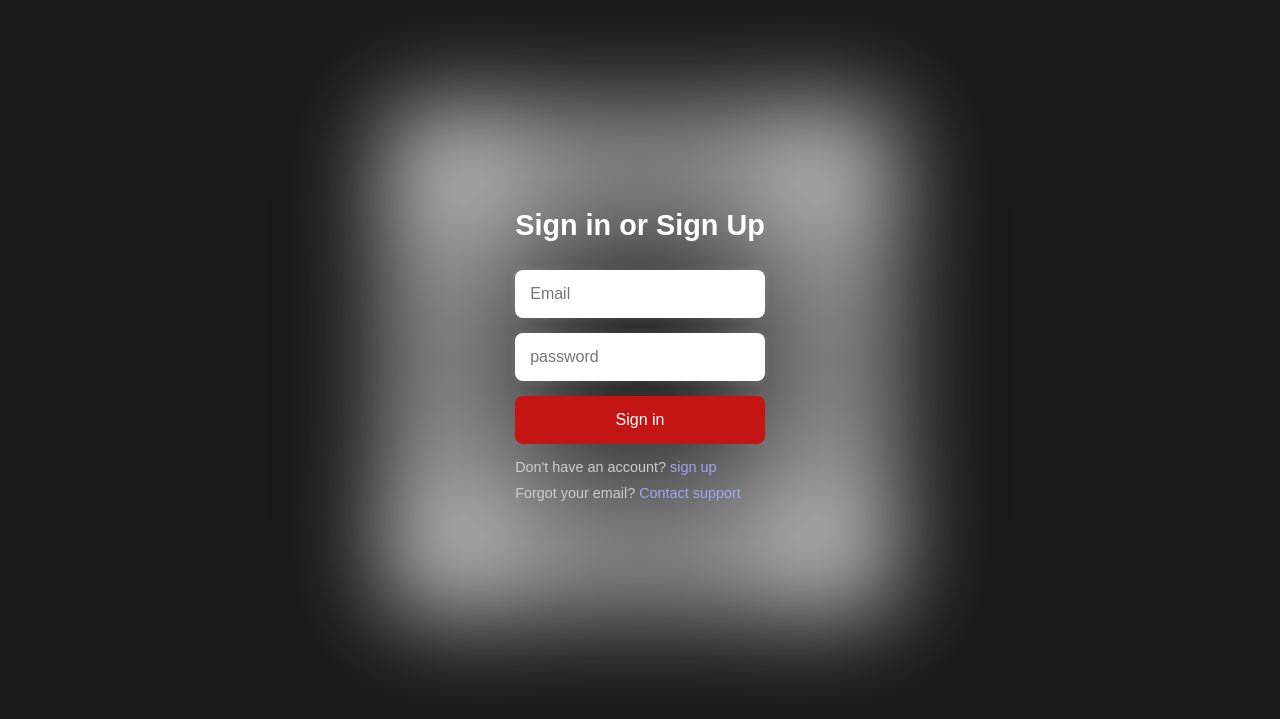
Repository: cmd-keyu/mobileppsh
Page: pages/login.html
The author's editor kept a copy of each file at every save. The page is drawn from the files as they stood at one save, then again after the next save.
The browser window is 1280 px wide. The pictures show the whole page.

Above is the page before, as saved 2024-11-12 00:22:04.

### pages/login.html
<!DOCTYPE html>
<html lang="en">
<head>
  <meta charset="UTF-8">
  <meta name="viewport" content="width=device-width, initial-scale=1.0">
  <title>Sign In Form</title>
  <link rel="stylesheet" href="../css/login.css">
  <script src="../javascript/login.js" defer></script>
</head>
<body>
  <div class="container">
    <div class="glow-box">
      <h2 style="color: white;">Sign in or Sign Up</h2>
      <br>
      <!-- <p>All that is required is only your email for sign-up or sign-in!!</p> -->
      <form action="account.html">
        <div class="sign-up">
            <input type="text" placeholder="name" class="disabled-btn">
            <br>
            <br>
            <input type="text" placeholder="address (Optional)">
            <br>
            </div>
        <input type="email" placeholder="Email" required>
        <input type="password" placeholder="password" required>
        <button type="submit" class="sign-in-btn-hide">Sign in</button>
        <button type="submit" class="sign-up-btn-hide">Sign up</button>
      </form>
      <div class="support">
        <p class="sign-up-text-hide">Don't have an account? <label for="sign-up-btn" class="colorsnup">sign up</label><button class="sign-up-btn hide-btn2" id="sign-up-btn">sign up</button></p>
        <p class="sign-in-text-hide">Already have an account? <label for="sign-in-btn" class="colorsnup">sign in</label><button class="sign-in-btn hide-btn2" id="sign-in-btn">sign in</button></p>
        <p>Forgot your email? <a href="#">Contact support</a></p>
      </div>
    </div>
  </div>
</body>
</html>

### css/login.css
* {
    margin: 0;
    padding: 0;
    box-sizing: border-box;
    font-family: Arial, sans-serif;
  }

  body {
    display: flex;
    justify-content: center;
    align-items: center;
    height: 100vh;
    background-color: #1a1a1a;
  }

  .container {
    display: flex;
    justify-content: center;
    align-items: center;
    height: 100%;
  }

  .glow-box::before {
    content: '';
    position: absolute;
    top: 50%;
    left: 50%;
    width: 500px;
    height: 500px;
    background: radial-gradient(circle, black, white);
    transform: translate(-50%, -50%);
    z-index: -1;
    border-radius: 5%;
    filter: blur(50px);
  }

  h2 {
    font-size: 1.8em;
    margin-bottom: 10px;
  }
  label:hover{

    text-decoration: underline;

  }

  p {
    margin-bottom: 10px;
    font-size: 0.9em;
    color: #ccc;
  }

  form {
    display: flex;
    flex-direction: column;
    gap: 15px;
  }

  input[type="email"] {
    padding: 15px;
    font-size: 1em;
    border: none;
    border-radius: 8px;
    outline: none;
    width: 100%;
    box-shadow: 0 0 8px rgba(255, 255, 255, 0.1);
  }
  input[type="password"] {
    padding: 15px;
    font-size: 1em;
    border: none;
    border-radius: 8px;
    outline: none;
    width: 100%;
    box-shadow: 0 0 8px rgba(255, 255, 255, 0.1);
  }

  input[type="text"] {
    padding: 15px;
    font-size: 1em;
    border: none;
    border-radius: 8px;
    outline: none;
    width: 100%;
    box-shadow: 0 0 8px rgba(255, 255, 255, 0.1);
  }

  button {
    padding: 15px;
    font-size: 1em;
    background-color: rgb(196, 20, 20);
    color: #fff;
    border: none;
    border-radius: 8px;
    cursor: pointer;
    transition: background 0.3s;
  }

  button:hover {
    background-color: #4a3bdb;
  }

  .support {
    margin-top: 15px;
  }

  .support a {
    color: #a1a7f1;
    text-decoration: none;
  }

  .support a:hover {
    text-decoration: underline;
  }

  .sign-up{
    display: none;
  }

  .colorsnup{
    color: #a1a7f1;
  }

  .sign-up-btn-hide{
    display: none;
  }

  .hide-btn2{
    display: none;
  }

  .sign-in-text-hide{
    display: none;
  }

### javascript/login.js

const sign_up = document.querySelector('.sign-up')
const sign_up_btn = document.querySelector('.sign-up-btn')
const sign_in_btn = document.querySelector('.sign-in-btn')
const sign_in_btn_hide = document.querySelector('.sign-in-btn-hide')
const sign_up_btn_hide = document.querySelector('.sign-up-btn-hide')
const sign_in_text_hide = document.querySelector('.sign-in-text-hide')
const sign_up_text_hide = document.querySelector('.sign-up-text-hide')
const disabled_btn = document.querySelector('.disabled-btn')

sign_up_btn.addEventListener("click", () => {

  sign_up.style.display = 'block'
  sign_in_btn_hide.style.display = 'none'
  sign_up_btn_hide.style.display = 'block'
  sign_in_text_hide.style.display = 'block'
  sign_up_text_hide.style.display = 'none'
  disabled_btn.setAttribute('required', true)

})

sign_in_btn.addEventListener("click", () => {

  sign_up.style.display = 'none'
  sign_in_btn_hide.style.display = 'block'
  sign_up_btn_hide.style.display = 'none'
  sign_in_text_hide.style.display = 'none'
  sign_up_text_hide.style.display = 'block'
  disabled_btn.setAttribute('required', false)

})

After the next save:
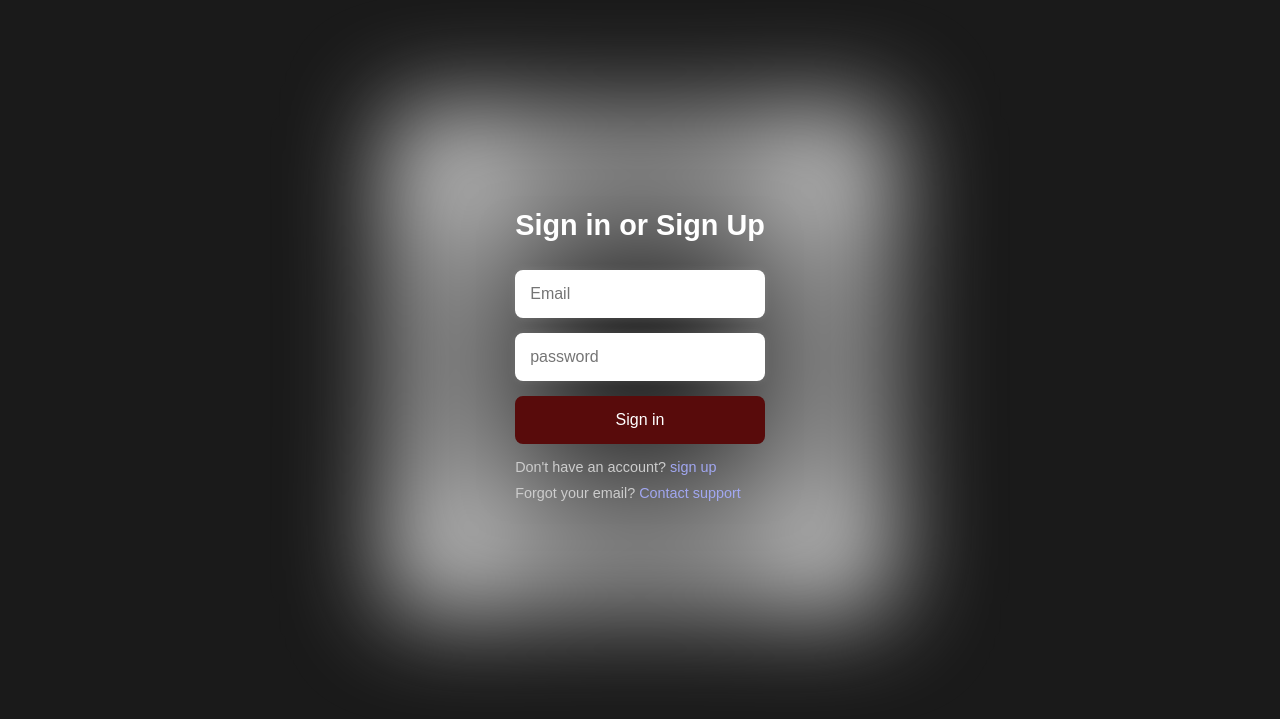
Saved 13 s later.
--- a/css/login.css
+++ b/css/login.css
@@ -88,7 +88,7 @@
   button {
     padding: 15px;
     font-size: 1em;
-    background-color: rgb(196, 20, 20);
+    background-color: rgb(88, 11, 11);
     color: #fff;
     border: none;
     border-radius: 8px;
